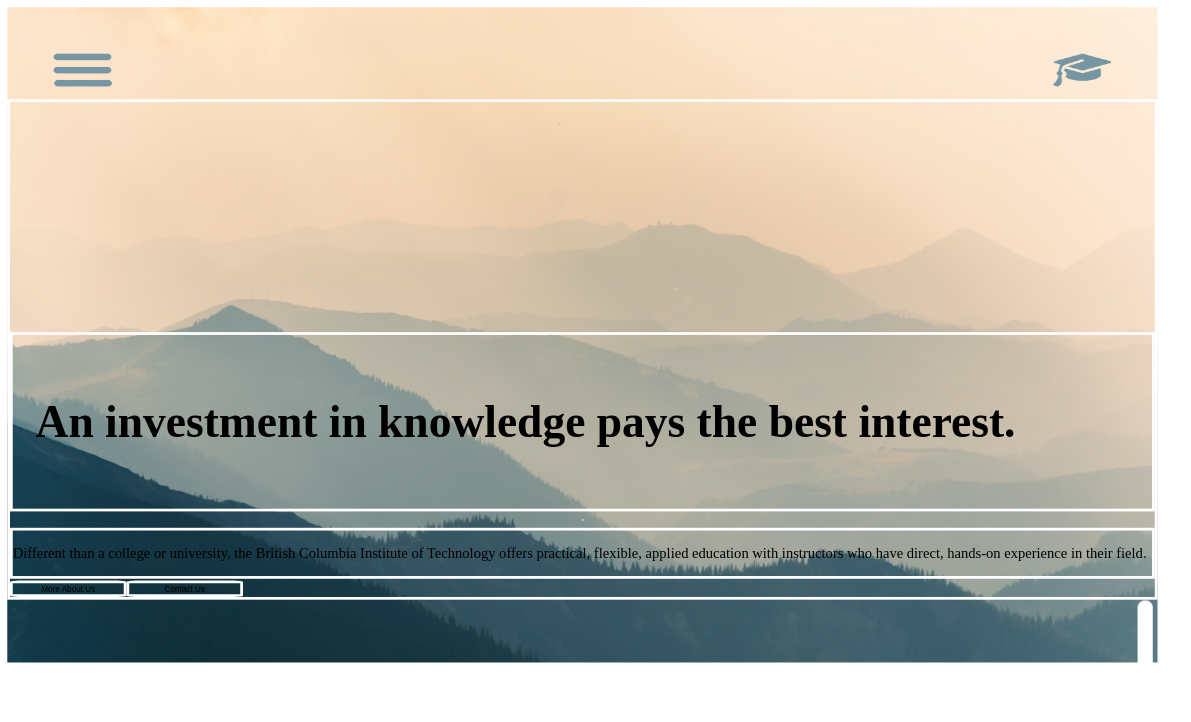
Repository: sierralaurent/MDIA2109-Assignment01
Page: /
The author's editor kept a copy of each file at every save. The page is drawn from the files as they stood at one save, then again after the next save.
The browser window is 1280 px wide. The page is 1309 px wide, so the pictures cover 1309 px, including what lies to the right of the window. The pictures show the whole page, at 91% of full size.
The project was rebuilt for these pictures with package versions that can differ from the ones it lists, and the page was loaded fresh each time. The framework's server and built-in components were replaced by stand-ins that run in the browser. Also part of the build but not shown: next.config.js.

Above is the page before, as saved 2023-02-05 12:36:36.

After the next save:
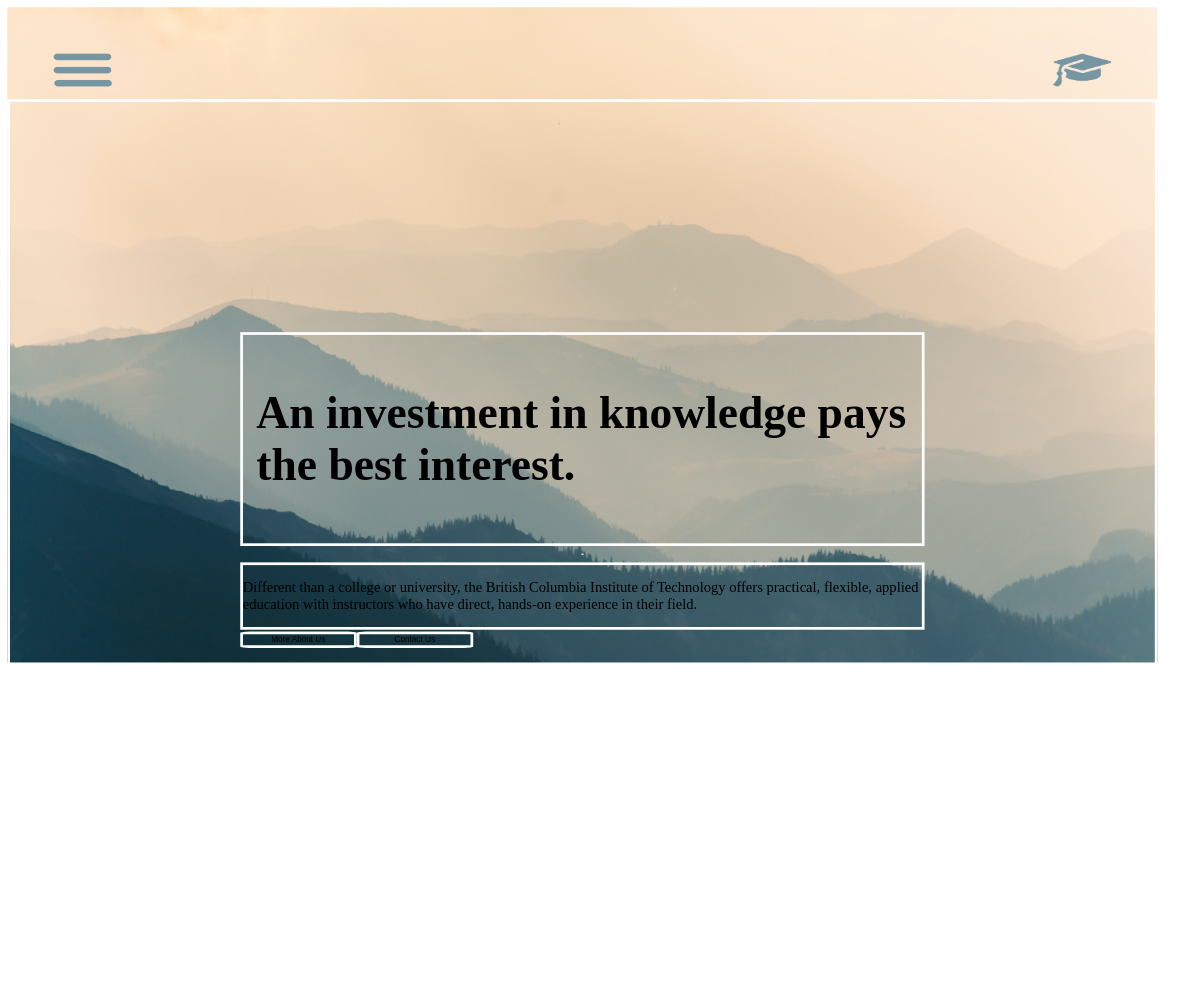
Saved 62 s later.
--- a/styles/Home.module.css
+++ b/styles/Home.module.css
@@ -64,7 +64,7 @@
   flex-direction: column;
   justify-content: left;
   align-items: left;
-  padding-top: 20%;
+  padding: 20%;
 }
 
 .icon1 {
